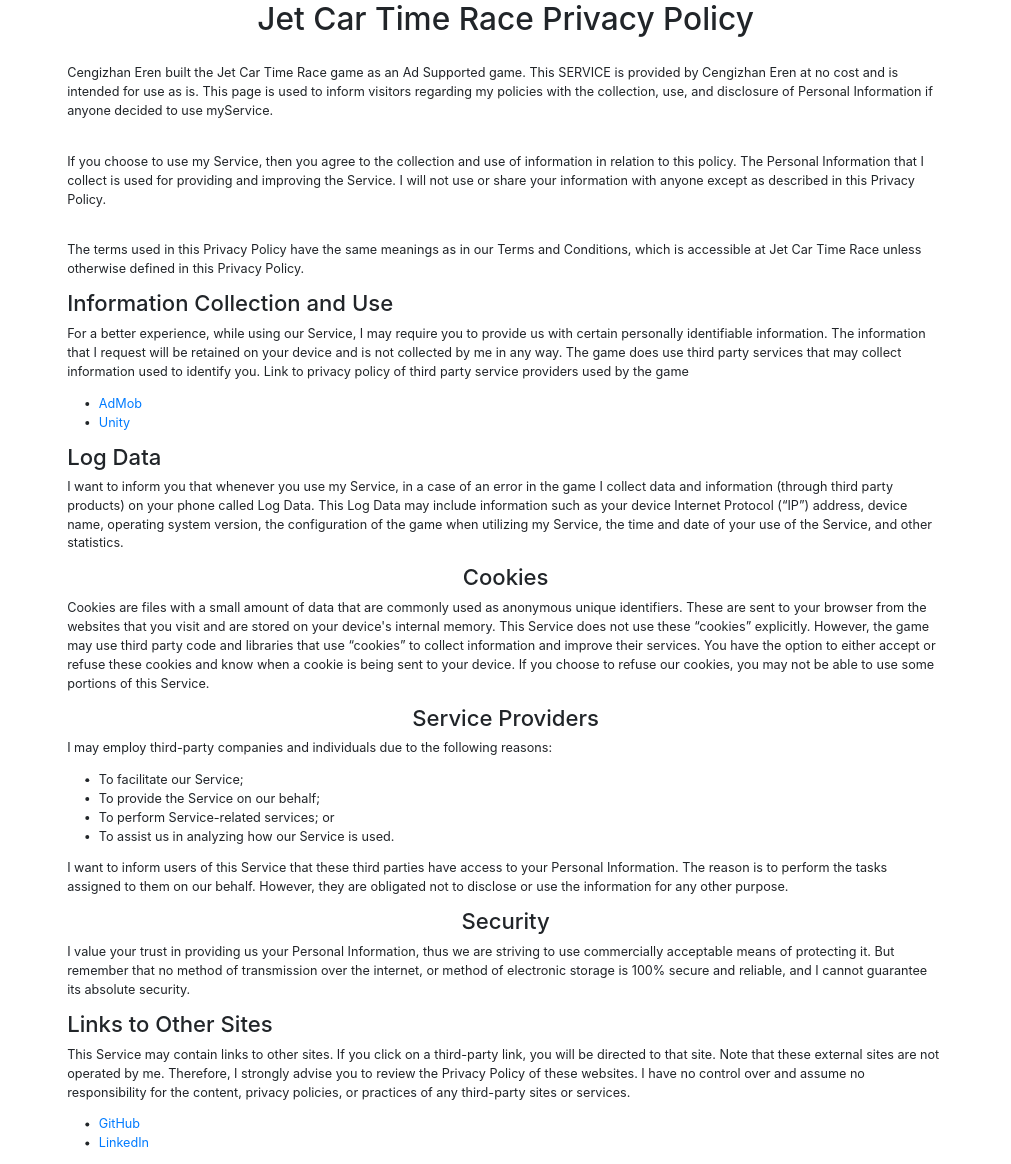
Repository: CengoCengo/cengocengo.github.io
Page: jetcartimeraceprivacypolicy.html
The author's editor kept a copy of each file at every save. The page is drawn from the files as they stood at one save, then again after the next save.
The browser window is 1280 px wide. The pictures show the whole page, at 79% of full size.

Above is the page before, as saved 2022-10-11 14:49:48.

After the next save:
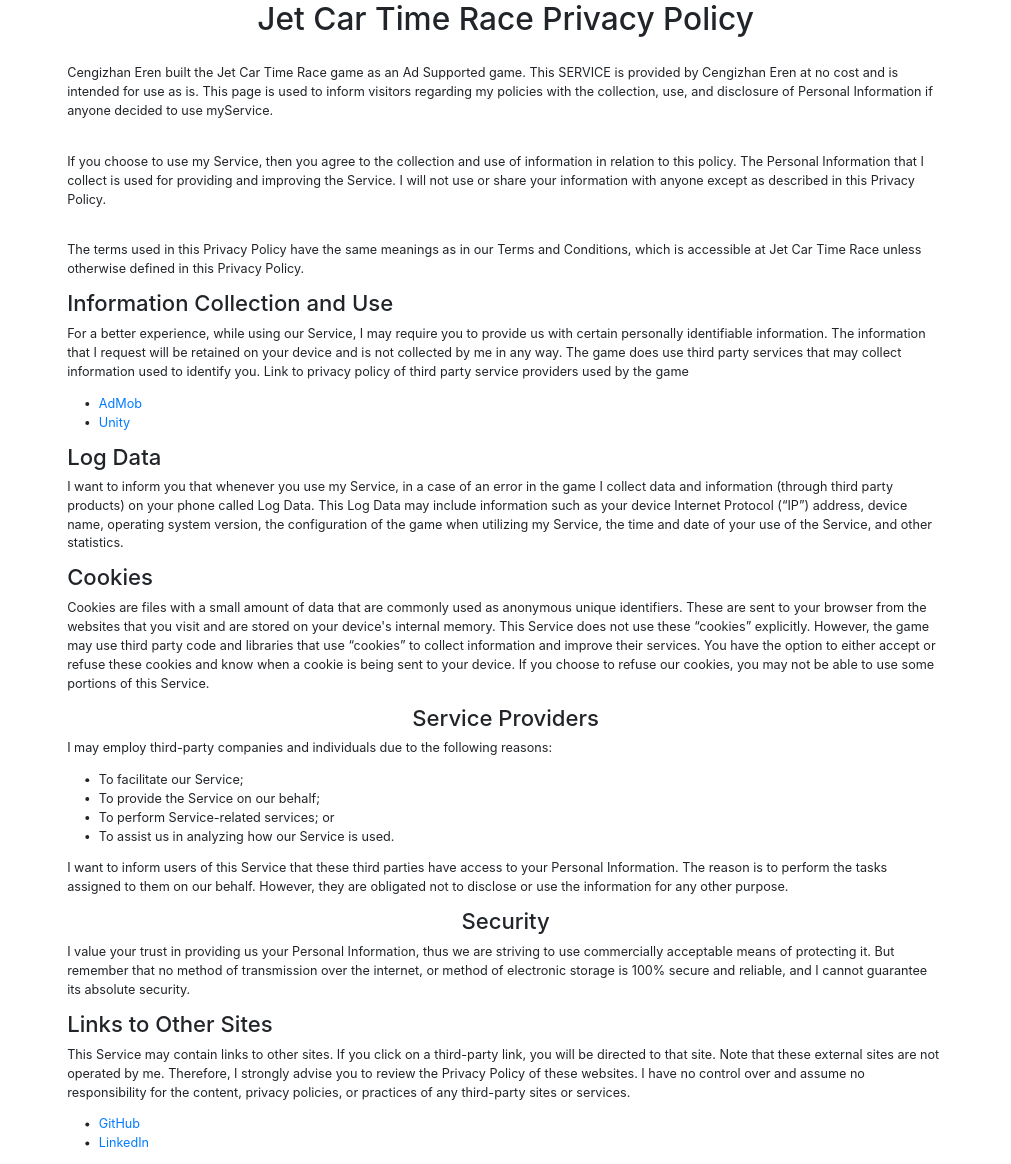
Saved 6 s later.
--- a/jetcartimeraceprivacypolicy.html
+++ b/jetcartimeraceprivacypolicy.html
@@ -66,7 +66,7 @@
 system version, the configuration of the game when utilizing my Service, the time and date of your use of the Service, and other statistics.
                         </p>
 
-                        <h3 class="text-center">Cookies</h3>
+                        <h3>Cookies</h3>
                         <p>
                             Cookies are files with a small amount of data that are commonly used as anonymous unique identifiers. These are sent to your browser from the
 websites that you visit and are stored on your device's internal memory.
